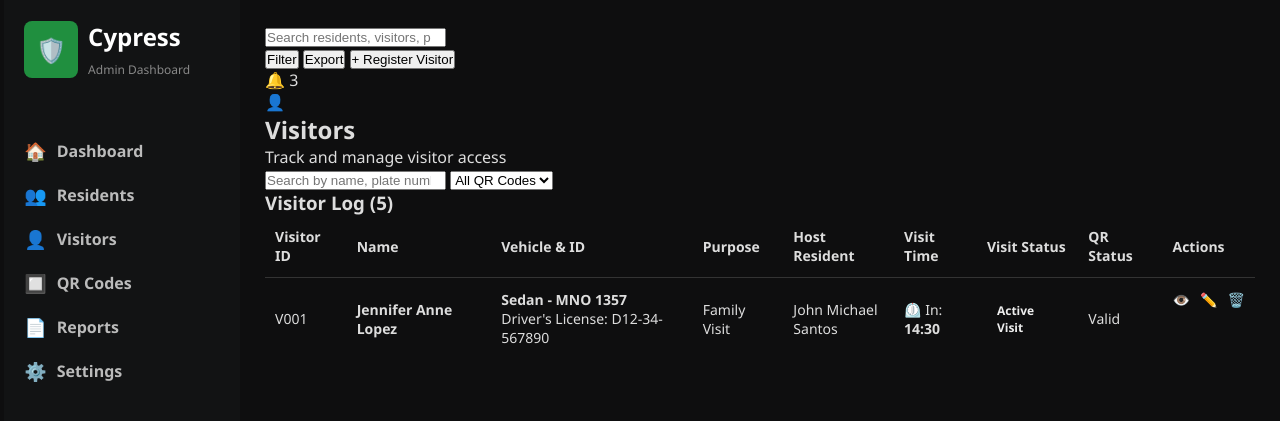
Repository: camuramon/my-project
Page: templates/admin/visitors.html
The author's editor kept a copy of each file at every save. The page is drawn from the files as they stood at one save, then again after the next save.
The browser window is 1280 px wide. The pictures show the whole page.
The template is drawn by Flask 3. The application's start-up code is not run. Other server files are loaded and not shown. The template is opened directly, without the code that normally fills it, so the values that code supplies are empty.

Above is the page before, as saved 2025-08-31 04:38:25.

### templates/admin/visitors.html
<!DOCTYPE html>
<html lang="en">
<head>
    <meta charset="UTF-8" />
    <meta name="viewport" content="width=device-width, initial-scale=1" />
    <title>Cypress Admin Dashboard - Visitors</title>
    <!-- Connect visitor.css -->
  <link rel="stylesheet" href="{{ url_for('static', filename='css/admin.css') }}">

</head>
<body>
    <aside class="sidebar">
    <div class="logo">
        <div class="icon">🛡️</div>
        <div class="title">
            <h2>Cypress</h2>
            <span>Admin Dashboard</span>
        </div>
    </div>
    <nav>
        <ul class="sidebar-menu">
            <li class="{% if request.path == url_for('admin_dashboard') %}active{% endif %}">
                <a href="{{ url_for('admin_dashboard') }}"><span class="icon">🏠</span> Dashboard</a>
            </li>
            <li class="{% if request.path == url_for('admin_residents') %}active{% endif %}">
                <a href="{{ url_for('admin_residents') }}"><span class="icon">👥</span> Residents</a>
            </li>
            <li class="{% if request.path == url_for('admin_visitors') %}active{% endif %}">
                <a href="{{ url_for('admin_visitors') }}"><span class="icon">👤</span> Visitors</a>
            </li>
            <li>
                <a href="#"><span class="icon">🔲</span> QR Codes</a>
            </li>
            <li class="{% if request.path == url_for('admin_reports') %}active{% endif %}">
                <a href="{{ url_for('admin_reports') }}"><span class="icon">📄</span> Reports</a>
            </li>
            <li class="{% if request.path == url_for('admin_settings') %}active{% endif %}">
                <a href="{{ url_for('admin_settings') }}"><span class="icon">⚙️</span> Settings</a>
            </li>
        </ul>
    </nav>
</aside>


    <main class="main-content">
        <header class="topbar">
            <input type="search" placeholder="Search residents, visitors, plates..." />
            <div class="topbar-actions">
                <button class="btn filter">Filter</button>
                <button class="btn export">Export</button>
                <button class="btn register-visitor">+ Register Visitor</button>
                <div class="notification">
                    <span class="icon">🔔</span>
                    <span class="badge">3</span>
                </div>
                <div class="profile-icon">👤</div>
            </div>
        </header>

        <section class="page-info">
            <h2>Visitors</h2>
            <p>Track and manage visitor access</p>

            <div class="search-filter">
                <input type="search" placeholder="Search by name, plate number, purpose, or host..." />
                <select>
                    <option>All QR Codes</option>
                </select>
            </div>

            <div class="visitor-log">
                <h3>Visitor Log (5)</h3>
                <table>
                    <thead>
                        <tr>
                            <th>Visitor ID</th>
                            <th>Name</th>
                            <th>Vehicle &amp; ID</th>
                            <th>Purpose</th>
                            <th>Host Resident</th>
                            <th>Visit Time</th>
                            <th>Visit Status</th>
                            <th>QR Status</th>
                            <th>Actions</th>
                        </tr>
                    </thead>
                    <tbody>
                        <tr>
                            <td>V001</td>
                            <td><strong>Jennifer Anne Lopez</strong></td>
                            <td>
                                <strong>Sedan - MNO 1357</strong><br />
                                Driver's License: D12-34-567890
                            </td>
                            <td>Family Visit</td>
                            <td>John Michael <br /> Santos</td>
                            <td><span class="clock-icon">⏲️</span> In:<br /><strong>14:30</strong></td>
                            <td><span class="status active-visit">Active Visit</span></td>
                            <td><span class="qr-status valid">Valid</span></td>
                            <td class="actions">
                                <span class="icon">👁️</span>
                                <span class="icon">✏️</span>
                                <span class="icon">🗑️</span>
                            </td>
                        </tr>
                        <!-- Additional visitor rows -->
                    </tbody>
                </table>
            </div>
        </section>
    </main>
</body>
</html>

### static/css/admin.css
/* General Reset and Base Styles */
* {
    box-sizing: border-box;
    margin: 0;
    padding: 0;
}

body {
    font-family: 'Segoe UI', Tahoma, Geneva, Verdana, sans-serif;
    background-color: #0e0e0f;
    color: #ddd;
    display: flex;
}

/* Sidebar */
.sidebar {
    width: 250px;
    background-color: #121314;
    height: 100vh;
    padding: 20px;
    display: flex;
    flex-direction: column;
}

.logo {
    display: flex;
    align-items: center;
    margin-bottom: 40px;
}

.logo .icon {
    background-color: #208f3f;
    padding: 12px;
    border-radius: 8px;
    font-size: 24px;
    color: white;
    margin-right: 10px;
}

.logo .title h2 {
    font-weight: 700;
    color: white;
    margin-bottom: 4px;
}

.logo .title span {
    font-size: 12px;
    color: #888;
}

/* Navigation */
.sidebar nav ul {
    list-style-type: none;
}

.sidebar nav ul li {
    margin: 20px 0;
}

.sidebar nav ul li a {
    text-decoration: none;
    color: #bbb;
    font-weight: 600;
    display: flex;
    align-items: center;
    gap: 10px;
    font-size: 16px;
}

.sidebar nav ul li a .icon {
    font-size: 18px;
}

.sidebar nav ul li.active a {
    color: white;
    font-weight: 700;
}

/* Main content */
.main-content {
    flex-grow: 1;
    padding: 25px;
    overflow-y: auto;
}

/* Top Bar */
.top-bar {
    display: flex;
    justify-content: space-between;
    align-items: center;
}

.search-bar input[type="search"] {
    width: 350px;
    padding: 10px 15px;
    border: none;
    border-radius: 10px;
    background-color: #232324;
    color: #ccc;
    font-size: 16px;
}

.top-icons {
    display: flex;
    gap: 15px;
}

.icon-btn {
    background: none;
    border: none;
    color: #ccc;
    font-size: 20px;
    position: relative;
    cursor: pointer;
}

.notification-count {
    position: absolute;
    top: -8px;
    right: -8px;
    background-color: #e02e41;
    font-size: 10px;
    padding: 2px 6px;
    border-radius: 50%;
    color: white;
}

/* Dashboard Header */
.dashboard-header {
    display: flex;
    justify-content: space-between;
    align-items: center;
    margin: 30px 0;
}

.dashboard-header h1 {
    color: white;
}

.dashboard-header p {
    color: #999;
    margin-left: 10px;
}

.actions {
    display: flex;
    gap: 10px;
}

.filter-btn,
.export-btn {
    background-color: #222;
    border: none;
    color: white;
    padding: 10px 20px;
    border-radius: 8px;
    cursor: pointer;
    font-weight: 600;
}

.filter-btn:hover,
.export-btn:hover {
    background-color: #333;
}

/* Stats Cards */
.stats-cards {
    display: flex;
    gap: 20px;
    flex-wrap: wrap;
    margin-bottom: 40px;
}

.card {
    background-color: #151517;
    border-radius: 12px;
    flex: 1 1 300px;
    padding: 20px;
    position: relative;
    color: #999;
}

.card p {
    margin-bottom: 8px;
}

.card h2 {
    color: white;
    font-weight: 800;
    font-size: 28px;
}

.card-icon {
    position: absolute;
    top: 20px;
    right: 20px;
    font-size: 24px;
    padding: 8px;
    border-radius: 100%;
    background-color: #333;
    color: white;
}

.card-icon.green {
    background-color: #208f3f;
}

.card-icon.blue {
    background-color: #26418f;
}

.card-icon.yellow {
    background-color: #a58f20;
}

.card-icon.green-dark {
    background-color: #14502d;
}

.card-icon.gray {
    background-color: #474751;
}

.percentage {
    position: absolute;
    bottom: 20px;
    right: 20px;
    font-weight: 600;
    font-size: 14px;
}

.percentage.positive {
    color: #26ca4a;
}

.percentage.neutral {
    color: #999;
}

/* Tables Section */
.tables-section {
    display: flex;
    gap: 20px;
    flex-wrap: wrap;
}

.table-container {
    background-color: #151517;
    padding: 20px;
    border-radius: 12px;
    flex: 1 1 500px;
    color: #bbb;
}

.table-container h3 {
    display: flex;
    justify-content: space-between;
    margin-bottom: 15px;
    color: white;
}

.view-all {
    color: #6668f8;
    font-weight: 600;
    text-decoration: none;
    font-size: 14px;
}

.view-all:hover {
    text-decoration: underline;
}

table {
    width: 100%;
    border-collapse: collapse;
}

thead tr {
    border-bottom: 1px solid #333;
}

th, td {
    padding: 12px 10px;
    text-align: left;
    font-size: 14px;
}

tbody tr:not(:last-child) {
    border-bottom: 1px solid #333;
}

tbody tr:hover {
    background-color: #252527;
}

.status {
    padding: 5px 10px;
    border-radius: 20px;
    font-size: 12px;
    font-weight: 700;
    color: #eee;
    display: inline-block;
}

.status.active {
    background-color: #208f3f;
    color: white;
}

.status.expired {
    background-color: #a5891e;
    color: white;
}

.status.suspended {
    background-color: #7e1e1e;
    color: white;
}

strong {
    font-weight: 700;
}

After the next save:
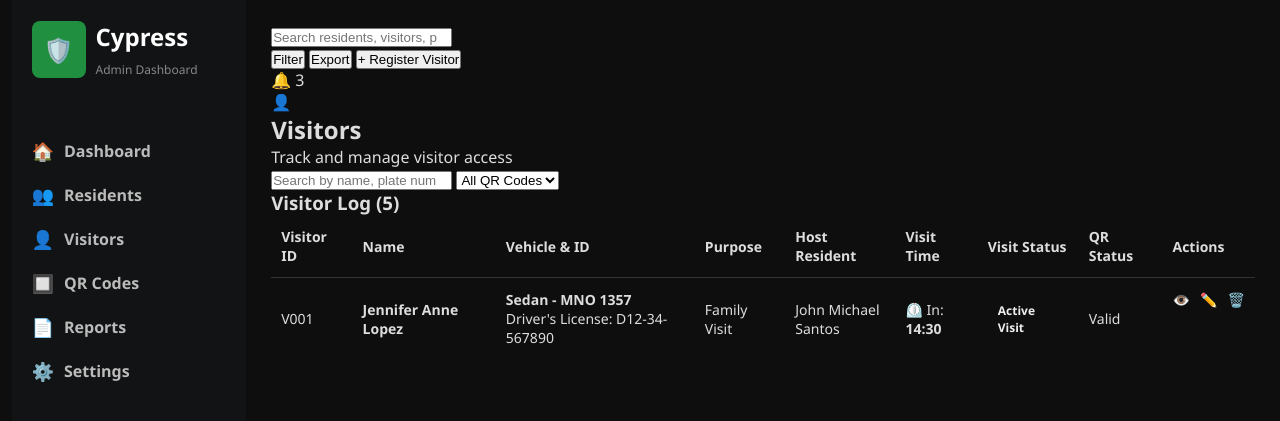
Saved 27 s later.
--- a/templates/admin/visitors.html
+++ b/templates/admin/visitors.html
@@ -6,7 +6,7 @@
     <title>Cypress Admin Dashboard - Visitors</title>
     <!-- Connect visitor.css -->
   <link rel="stylesheet" href="{{ url_for('static', filename='css/admin.css') }}">
-
+  <link href="https://cdnjs.cloudflare.com/ajax/libs/font-awesome/6.0.0-beta3/css/all.min.css" rel="stylesheet" />
 </head>
 <body>
     <aside class="sidebar">
